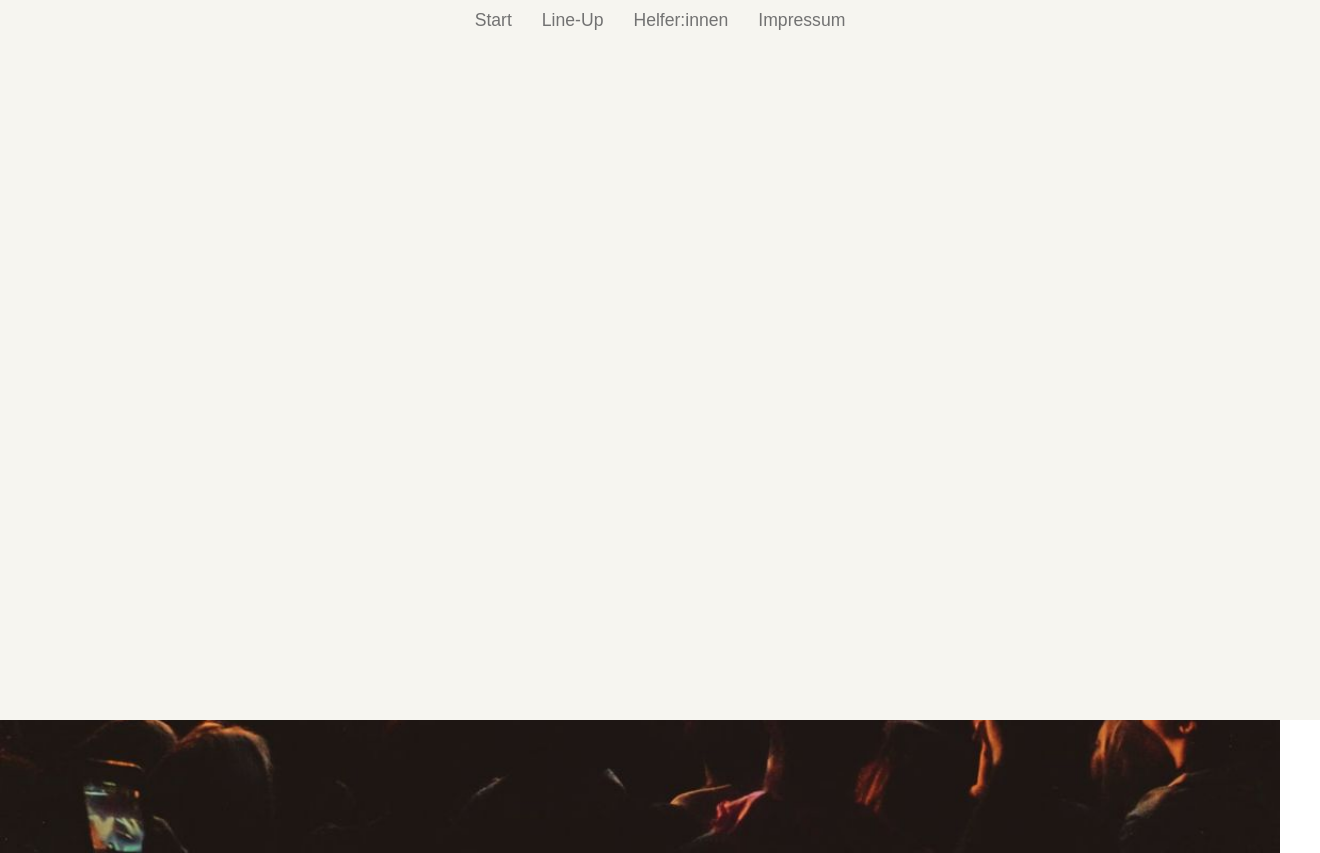
Repository: Hajimohammadi-KI/Web-Technologien
Page: index.html
An editor plug-in stored every save of this project. The page is shown before and after the next save, followed by the edit.
The browser window is 1280 px wide. The page is 1280 px wide, then 1320 px, then 1280 px, so the pictures cover 1320 px, including what lies to the right of the window. The pictures show the whole page.

Above is the page before, as saved 2025-09-30 15:07:01.

After the next save:
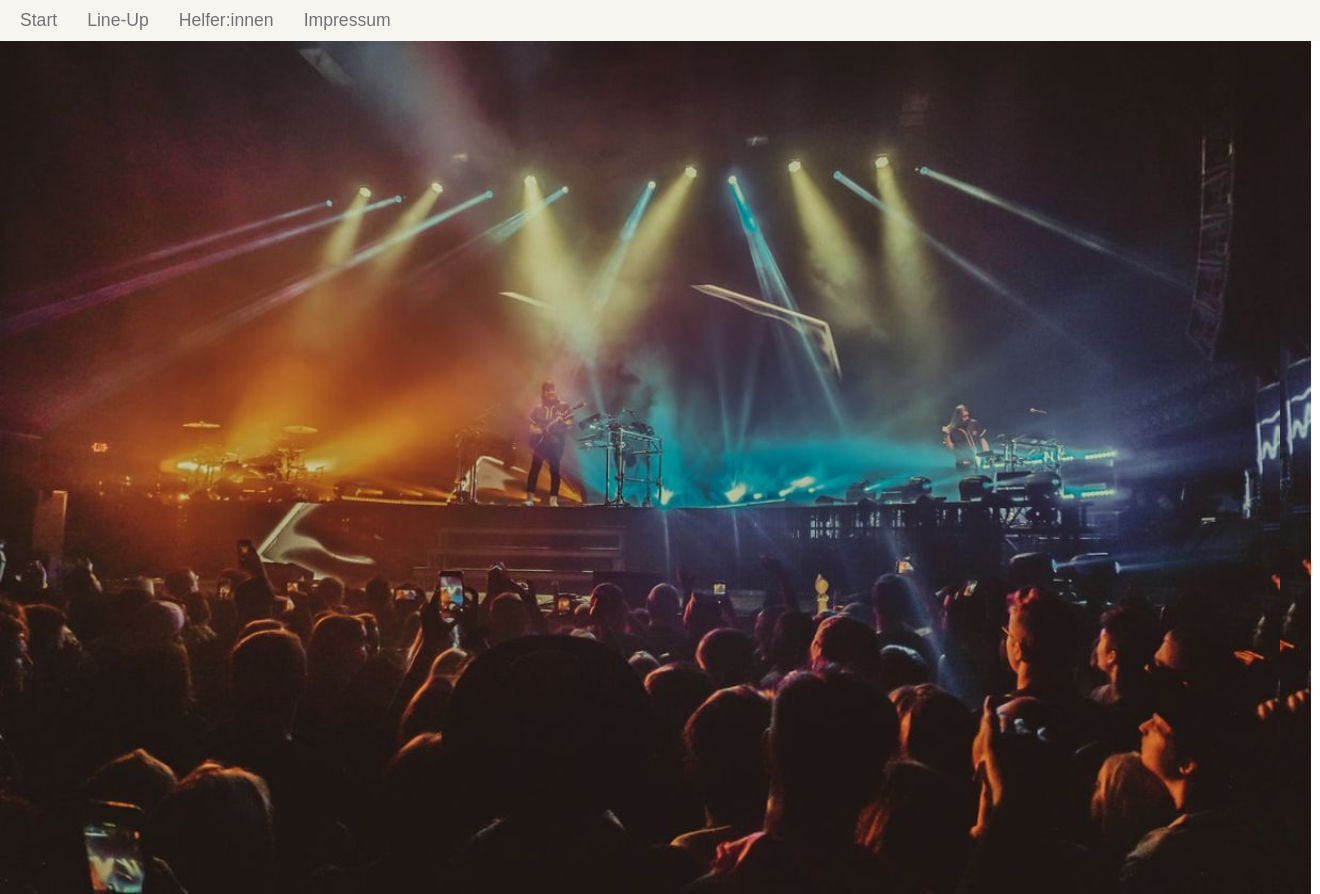
Saved 6 s later.
--- a/Style.css
+++ b/Style.css
@@ -44,7 +44,7 @@
   The .container class centers content and limits its maximum width for better readability.
 */
 nav {
-  justify-content: center;
+  justify-content:
   position: fixed; /* [de:Fixiert die Navigationsleiste oben][fa:ثابت نگه داشتن نوار ناوبری در بالای صفحه] */
   top: 0;                  /* Richtet die Leiste am oberen Rand aus.// نوار را به بالای صفحه می‌چسباند. */
    bottom: 0;             /* (Redundant bei horizontalen Leisten, aber hier enthalten.// (برای نوارهای افقی اضافی است اما اینجا اضافه شده است.) */

After the save that followed:
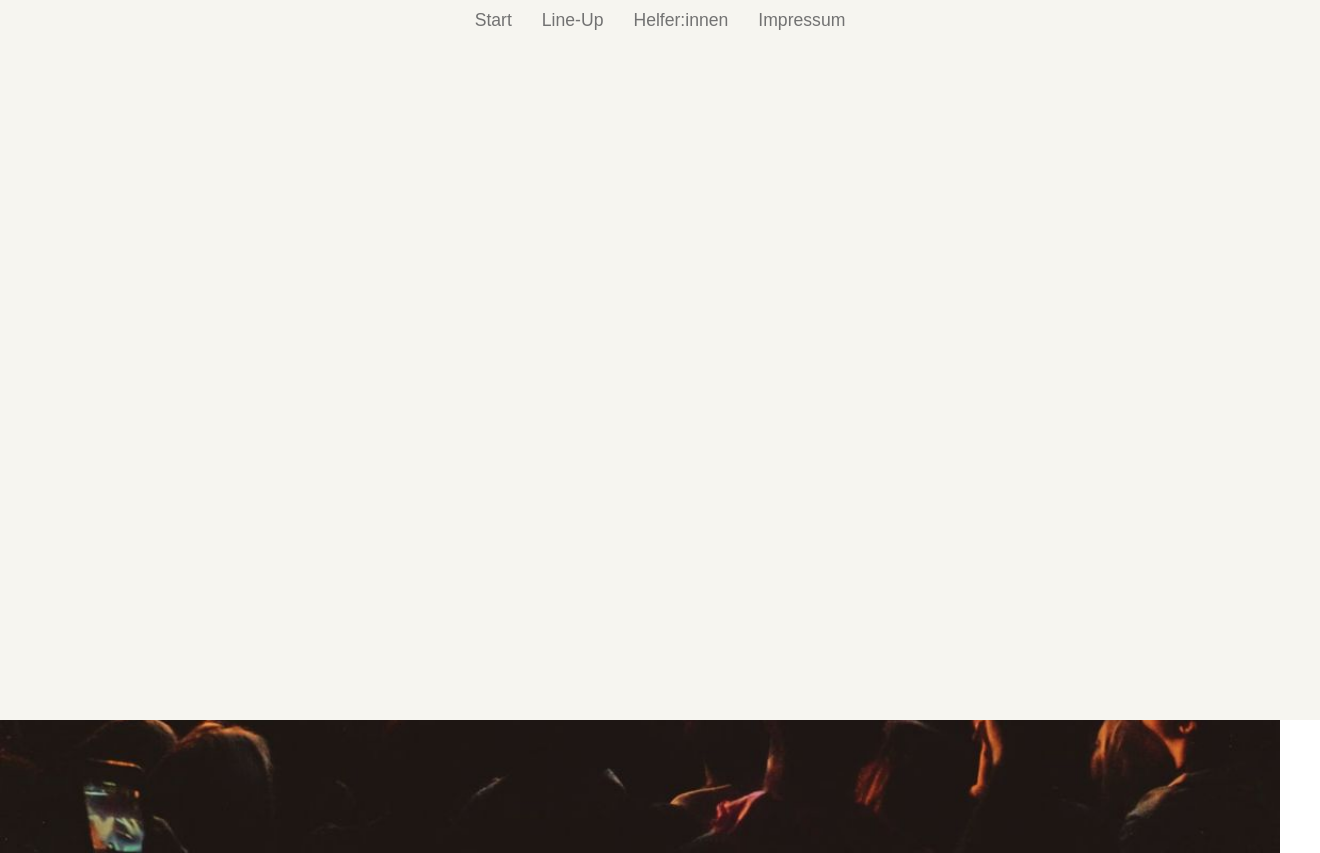
Saved 4 s later.
--- a/Style.css
+++ b/Style.css
@@ -44,7 +44,7 @@
   The .container class centers content and limits its maximum width for better readability.
 */
 nav {
-  justify-content:
+  justify-content: center; /* [translate:مرکزچین کردن آیتم‌های ناوبری] */
   position: fixed; /* [de:Fixiert die Navigationsleiste oben][fa:ثابت نگه داشتن نوار ناوبری در بالای صفحه] */
   top: 0;                  /* Richtet die Leiste am oberen Rand aus.// نوار را به بالای صفحه می‌چسباند. */
    bottom: 0;             /* (Redundant bei horizontalen Leisten, aber hier enthalten.// (برای نوارهای افقی اضافی است اما اینجا اضافه شده است.) */
